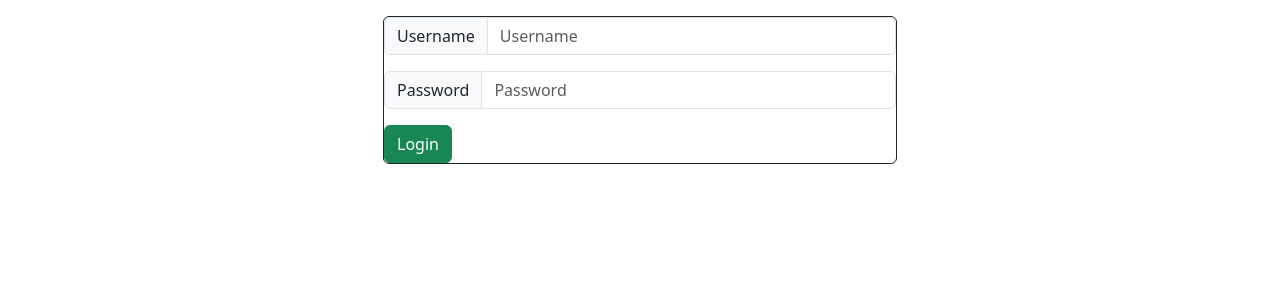
Repository: FrancescoGiordano23/WebappKebab
Page: http://localhost/EsercizioKebab/
An editor plug-in stored every save of this project. The page is shown before and after the next save, followed by the edit.
The browser window is 1280 px wide. The pictures show the whole page.
The page is served by Tomcat 10. Other server files are loaded and not shown.

Above is the page before, as saved 2024-08-02 12:31:01.

### EsercizioKebab/src/main/webapp/login.jsp
<%@ page language="java" contentType="text/html; charset=UTF-8"
	pageEncoding="UTF-8"%>
<!DOCTYPE html>
<html>
<head>
<meta charset="UTF-8">
<title>Insert title here</title>
<link
	href="https://cdn.jsdelivr.net/npm/bootstrap@5.3.3/dist/css/bootstrap.min.css"
	rel="stylesheet"
	integrity="sha384-QWTKZyjpPEjISv5WaRU9OFeRpok6YctnYmDr5pNlyT2bRjXh0JMhjY6hW+ALEwIH"
	crossorigin="anonymous">
<script
	src="https://cdn.jsdelivr.net/npm/bootstrap@5.3.3/dist/js/bootstrap.bundle.min.js"
	integrity="sha384-YvpcrYf0tY3lHB60NNkmXc5s9fDVZLESaAA55NDzOxhy9GkcIdslK1eN7N6jIeHz"
	crossorigin="anonymous"></script>
</head>
<body>
	<div class="container">
		<div class="row">
			<!-- LEFT -->
			<div class="col-3"></div>

			<!-- CENTER -->

			<div class="col-6">
				<div class="border border-dark rounded m-3">
					<form action="LoginServlet" method="post">
						<div class="input-group mb-3">
							<span class="input-group-text" id="basic-addon-username">Username</span>
							<input type="text" class="form-control" placeholder="Username"
								aria-label="Username" aria-describedby="basic-addon-username"
								name="username">
						</div>

						<div class="input-group mb-3">
							<span class="input-group-text" id="basic-addon-password">Password</span>
							<input type="password" class="form-control"
								placeholder="Password" aria-label="Password"
								aria-describedby="basic-addon-password" name="password">
						</div>

						<button class="btn btn-success" type="submit">Login</button>

					</form>
				</div>
			</div>


			<!-- RIGHT -->
			<div class="col-3"></div>
		</div>
	</div>
</body>
</html>

### EsercizioKebab/src/main/java/com/advancia/servlet/InitializeServlet.java
package com.advancia.servlet;

import java.io.IOException;
import jakarta.servlet.ServletException;
import jakarta.servlet.http.HttpServlet;
import jakarta.servlet.http.HttpServletRequest;
import jakarta.servlet.http.HttpServletResponse;

/**
 * Servlet implementation class InitializeServlet
 */
public class InitializeServlet extends HttpServlet {
	private static final long serialVersionUID = 1L;

    public InitializeServlet() {

    }


	protected void doGet(HttpServletRequest request, HttpServletResponse response) throws ServletException, IOException {

		request.getSession().setAttribute("User", null);
		request.getRequestDispatcher("login.jsp").forward(request, response);
	}


	protected void doPost(HttpServletRequest request, HttpServletResponse response) throws ServletException, IOException {
				doGet(request, response);
	}

}

After the next save:
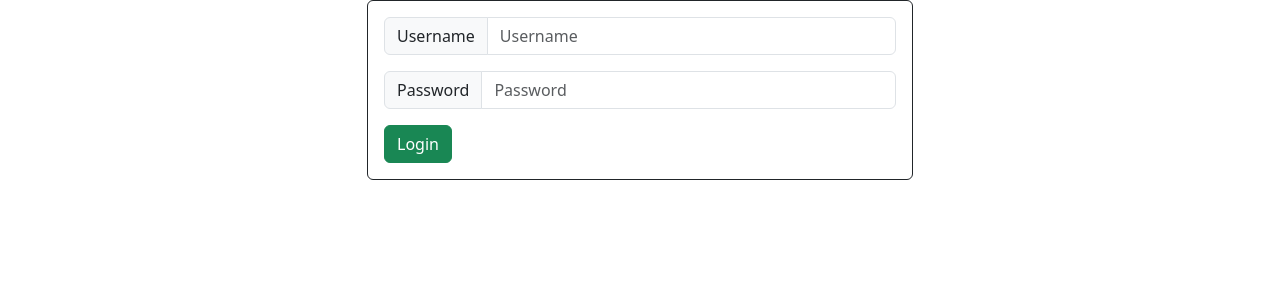
Saved 9 s later.
--- a/EsercizioKebab/src/main/webapp/login.jsp
+++ b/EsercizioKebab/src/main/webapp/login.jsp
@@ -24,7 +24,7 @@
 			<!-- CENTER -->
 
 			<div class="col-6">
-				<div class="border border-dark rounded m-3">
+				<div class="border border-dark rounded p-3">
 					<form action="LoginServlet" method="post">
 						<div class="input-group mb-3">
 							<span class="input-group-text" id="basic-addon-username">Username</span>
